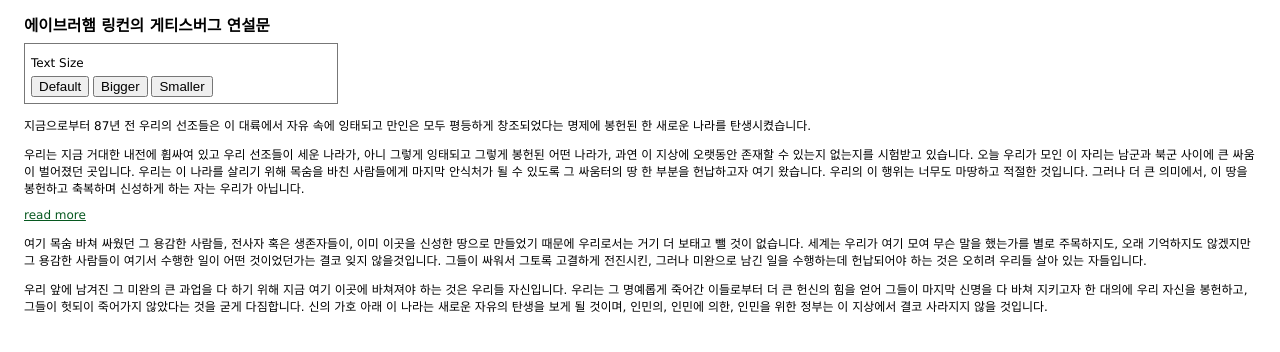
Repository: RyuJelly/211
Page: java_web/jQuery/WebContent/chap04/index.html
The author's editor kept a copy of each file at every save. The page is drawn from the files as they stood at one save, then again after the next save.
The browser window is 1280 px wide. The pictures show the whole page.

Above is the page before, as saved 2021-03-16 07:34:53.

After the next save:
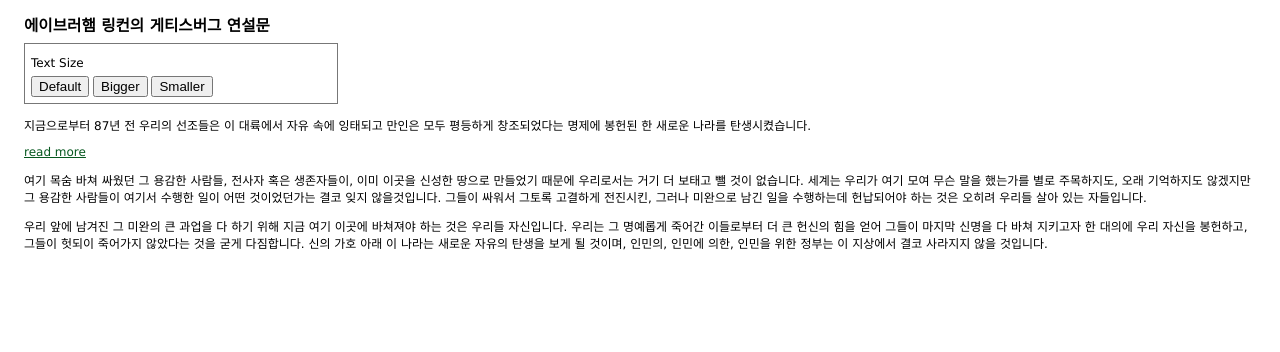
Saved 71 s later.
--- a/java_web/jQuery/WebContent/chap04/gettysburg.js
+++ b/java_web/jQuery/WebContent/chap04/gettysburg.js
@@ -52,7 +52,7 @@
 	var $p = $('div.speech p:nth-child(2)');
 	var $a = $('.speech a')
 
-	$p.slideDown('slow');
+	$p.slideUp('slow');
 
 	$('.speech a').click(function(){
 		if($a.text() == 'read more'){
